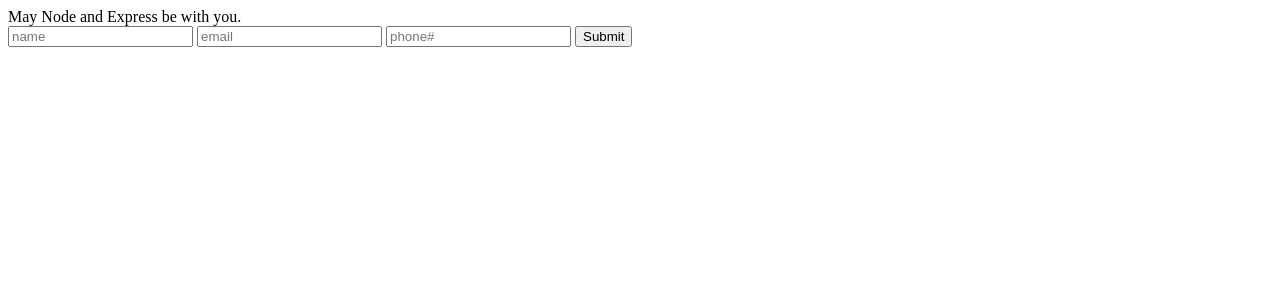
Repository: abhibroto0402/smartcap-service-node
Page: index.html
The author's editor kept a record of every edit. The page is drawn from the files as they stood at one moment, then again after the next edit.
The browser window is 1280 px wide. The pictures show the whole page.

Above is the page before.

### index.html
<!DOCTYPE html>
<html lang="en">

<head>
    <meta charset="UTF-8">
    <title>MY APP</title>
</head>

<body>
    May Node and Express be with you.

    <form action="/patient" method="POST">
        <input type="text" placeholder="name" name="name">
        <input type="email" placeholder="email" name="email">
        <input type="number" placeholder="phone#" name="phone">
        <button type="submit">Submit</button>
    </form>
</body>

</html>

After the next edit:
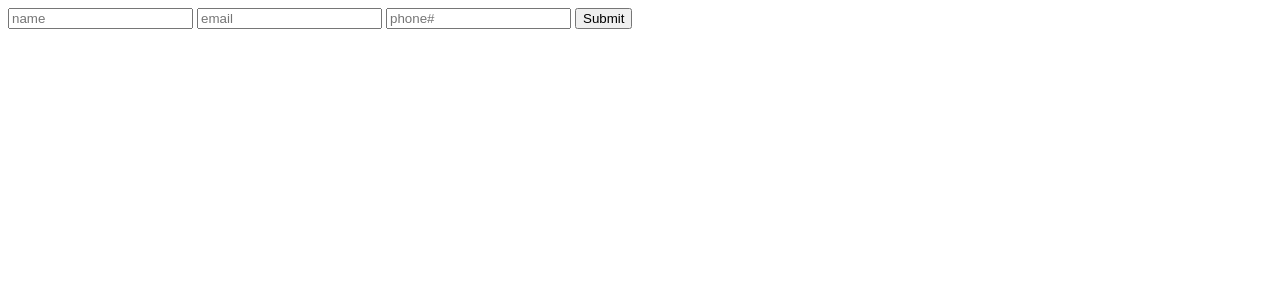
The edit:
--- a/index.html
+++ b/index.html
@@ -7,7 +7,6 @@
 </head>
 
 <body>
-    May Node and Express be with you.
 
     <form action="/patient" method="POST">
         <input type="text" placeholder="name" name="name">
